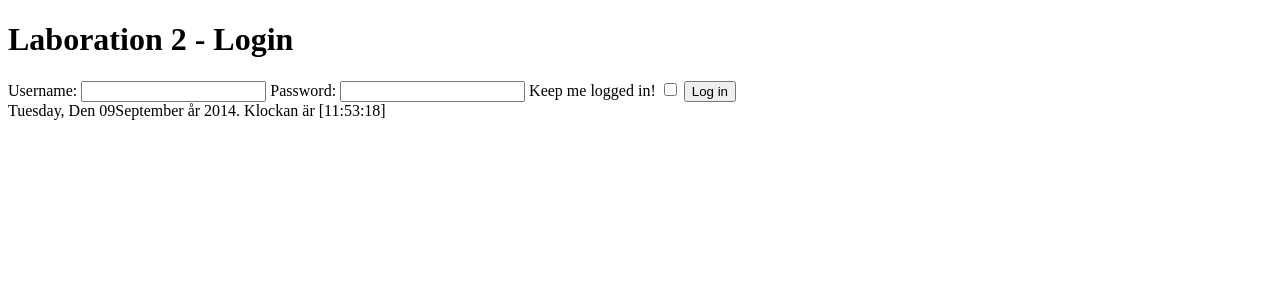
Repository: me222rs/PHPlabb2
Page: http://localhost/
The author's editor kept a copy of each file at every save. The page is drawn from the files as they stood at one save, then again after the next save.
The browser window is 1280 px wide. The pictures show the whole page.
The page is run by PHP 8.4 with error messages shown; the project is at /var/www/html/.

Above is the page before, as saved 2014-09-09 12:12:51.

After the next save:
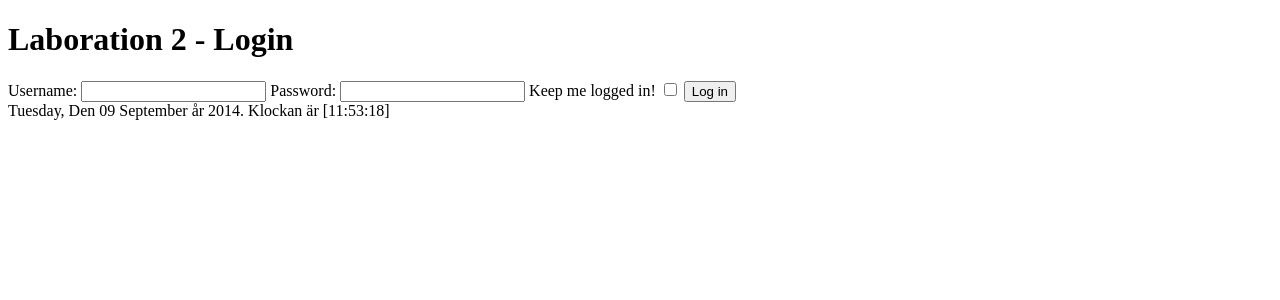
Saved 27 s later.
--- a/PHPLabb2/index.php
+++ b/PHPLabb2/index.php
@@ -27,7 +27,7 @@
 
 					<button type='button'>Log in</button>
 			</form>
-		". ucwords(strftime($day . ", den " . $dayNumber . $month . " år " . $year .". Klockan är [". $time . "]")) ."
+		". ucwords(strftime($day . ", den " . $dayNumber . " " . $month . " år " . $year .". Klockan är [". $time . "]")) ."
 		</body>
 
 
